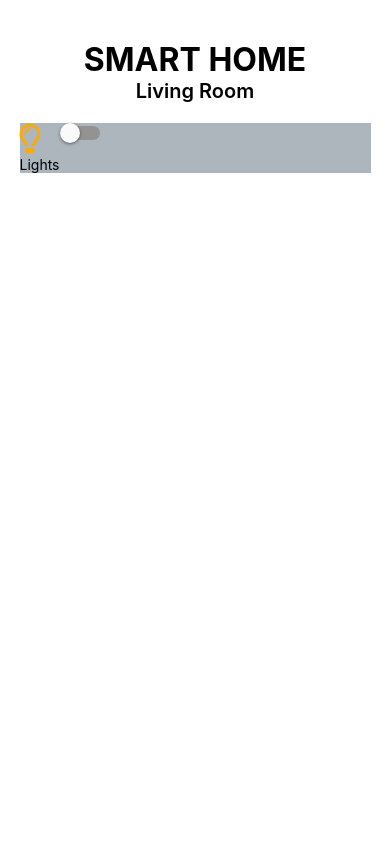
Repository: NQD2308/CNTT3
Screen: / (app in Week 5/home work/ListThietBi/)
The author's editor kept a copy of each file at every save. The screen is drawn from the files as they stood at one save, then again after a run of saves.
The app was drawn by React Native's web renderer in a window 390 px wide. The project was rebuilt for these pictures with package versions that can differ from the ones it lists, and the page was loaded fresh each time.

Above is the screen before, as saved 2024-04-11 22:36:21.

### Week 5/home work/ListThietBi/App.js
import { StatusBar } from 'expo-status-bar';
import { StyleSheet, Text, View, Switch } from 'react-native';
import F5Icon from 'react-native-vector-icons/FontAwesome5';

export default function App() {
  return (
    <View style={styles.container}>
      <StatusBar style="auto" backgroundColor="gray"/>
      <Text style={styles.headerText}>SMART HOME</Text>
      <Text style={styles.headerLittleText}>Living Room</Text>
      <View style={styles.option}>
        <View style={styles.leftSide}>
        <F5Icon name="lightbulb" size={30} color={'#ffaa00'} />
        <Text>Lights</Text>
        </View>
        <Switch/>
      </View>
    </View>
  );
}

const styles = StyleSheet.create({
  container: {
    flex: 1,
    backgroundColor: '#fff',
    alignItems: 'center',
    marginTop: 40
  },
  headerText: {
    fontSize: 32,
    fontWeight: 'bold'
  },
  headerLittleText: {
    fontSize: 20,
    fontWeight: '600',
    marginBottom: 20
  },
  option: {
    width: '90%',
    backgroundColor: '#adb5bd',
    flexDirection: 'row'

  },
});

After the next 5 saves:
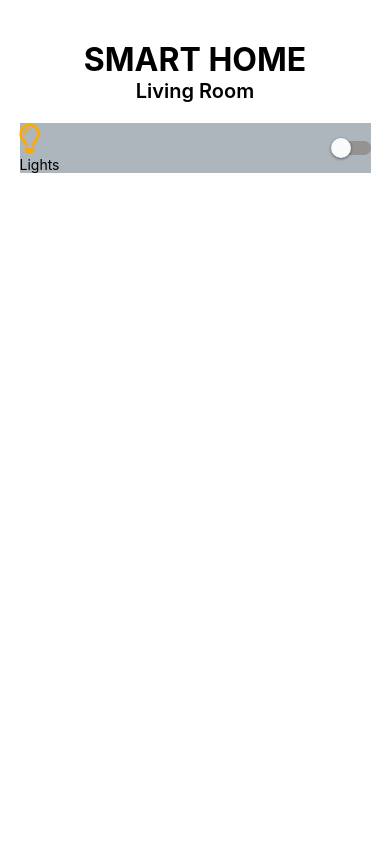
The 5 saves are shown as one change because they came seconds apart.
The last was saved 14 s later.
--- a/Week 5/home work/ListThietBi/App.js
+++ b/Week 5/home work/ListThietBi/App.js
@@ -38,7 +38,8 @@ const styles = StyleSheet.create({
   option: {
     width: '90%',
     backgroundColor: '#adb5bd',
-    flexDirection: 'row'
-
+    flexDirection: 'row',
+    justifyContent: 'space-between',
+    alignItems: 'center'
   },
 });
